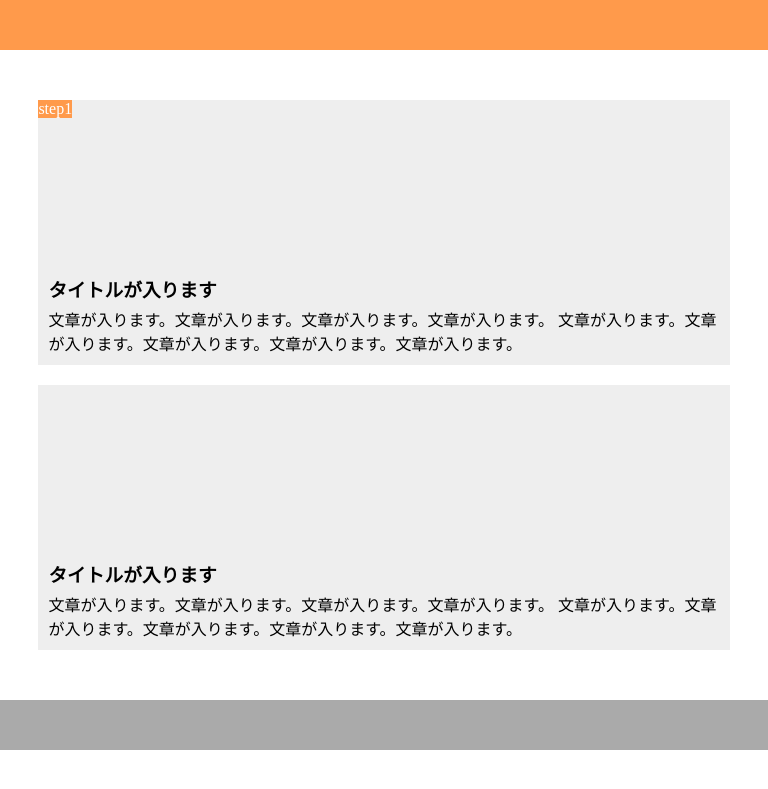
Repository: ryo32sun/Html-Practice
Page: practice/chapter9.html
The author's editor kept a record of every edit. The page is drawn from the files as they stood at one moment, then again after the next edit.
The browser window is 768 px wide. The pictures show the whole page.

Above is the page before.

After the next edit:
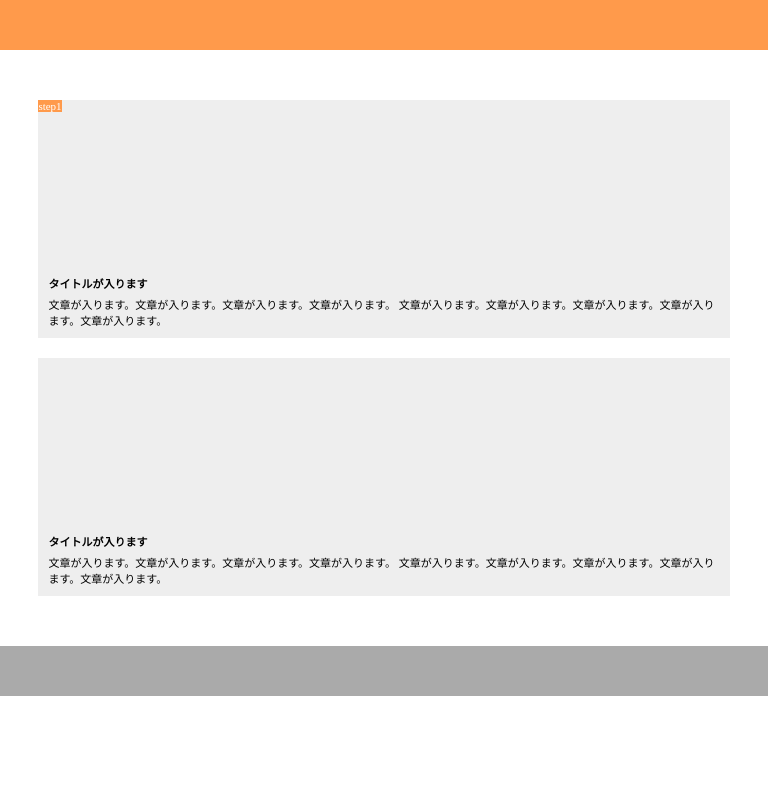
The edit:
--- a/practice/chapter9.css
+++ b/practice/chapter9.css
@@ -80,4 +80,12 @@
   .main-box:nth-child(2) {
     margin: 20px 0 20px 5%;
   }
+
+  h3 {
+    font-size: 11px;
+  }
+
+  p {
+    font-size: 11px;
+  }
 }
